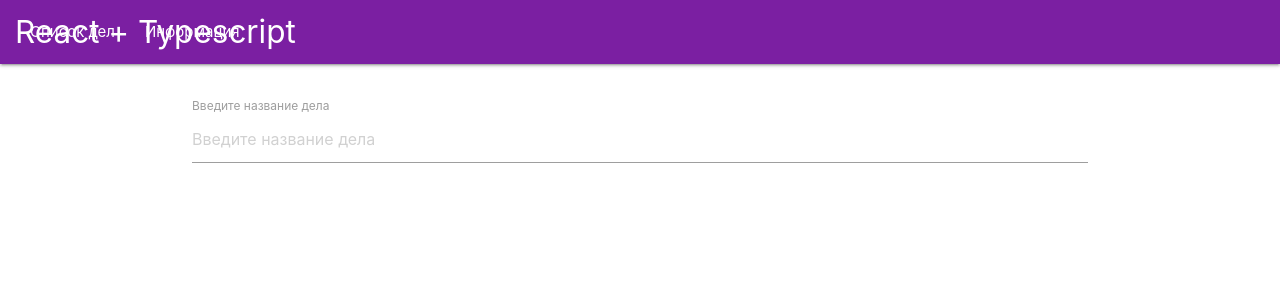
Repository: tsydikov/react_typescript_todo
Page: /
The author's editor kept a copy of each file at every save. The page is drawn from the files as they stood at one save, then again after the next save.
The browser window is 1280 px wide. The pictures show the whole page.
The project was rebuilt for these pictures with package versions that can differ from the ones it lists, and the page was loaded fresh each time. Also part of the build but not shown: src/pages/AboutPage.tsx.

Above is the page before, as saved 2021-08-12 12:13:01.

After the next save:
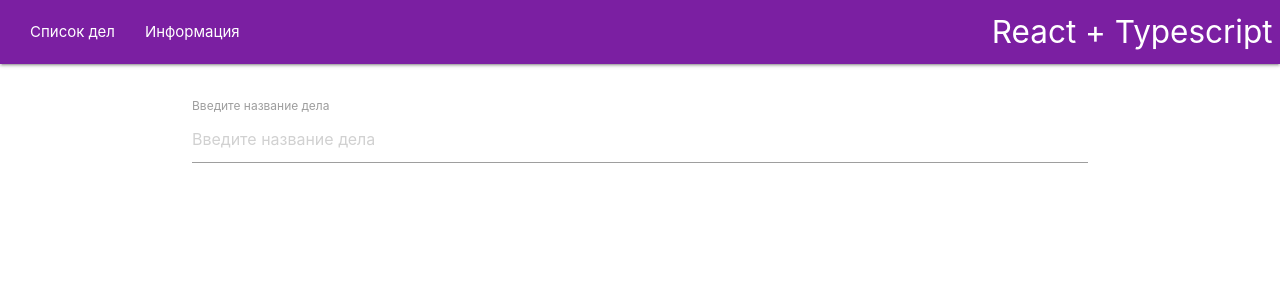
Saved 25 s later.
--- a/src/components/Navbar.tsx
+++ b/src/components/Navbar.tsx
@@ -5,7 +5,7 @@
 export const Navbar: React.FC = () => (
     <nav>
     <div className="nav-wrapper purple darken-2 px1">
-      <a href="/" className="brand-logo">React + Typescript</a>
+      <a href="/" className="brand-logo right">React + Typescript</a>
       <ul className="left hide-on-med-and-down">
         <li><NavLink to="/">Список дел</NavLink></li>
         <li><NavLink to="/about">Информация</NavLink></li>
